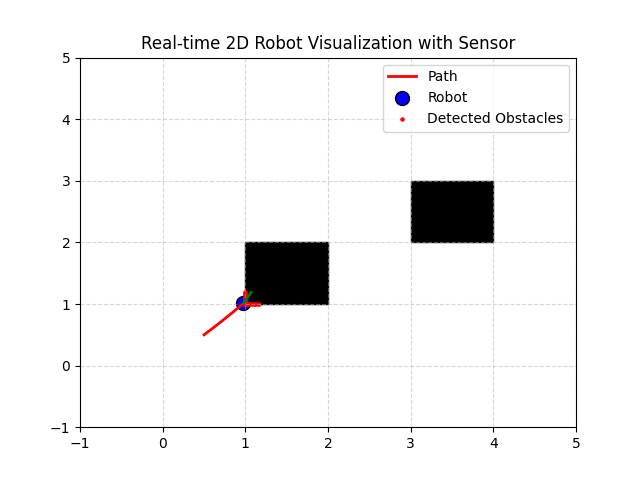
Repository: JLCucumber/comp0244-go2
Script's output: python src/cw1_team_2/2D_environment/main.py
The author's editor kept a copy of each file at every save. The script's output is drawn from the files as they stood at one save, then again after the next save.
Animations are shown at an early frame. Random numbers start from a fixed seed.

Above is the script's output before, as saved 2025-02-16 02:32:30.

After the next save:
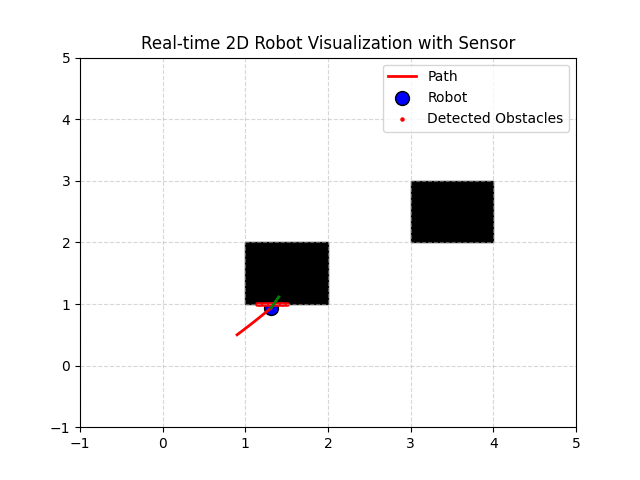
Saved 40 s later.
--- a/src/cw1_team_2/2D_environment/main.py
+++ b/src/cw1_team_2/2D_environment/main.py
@@ -7,7 +7,7 @@ from visualization import plot_environment
 
 if __name__ == "__main__":
     env = Environment()  # 生成 2D 地图
-    robot = Robot(env, start_pos=(0.5, 0.5), start_angle=0.79, sensor_range=0.2)  # 创建机器人
+    robot = Robot(env, start_pos=(0.9, 0.5), start_angle=0.79, sensor_range=0.2)  # 创建机器人
 
     plt.ion()  # 开启 Matplotlib 交互模式
 
